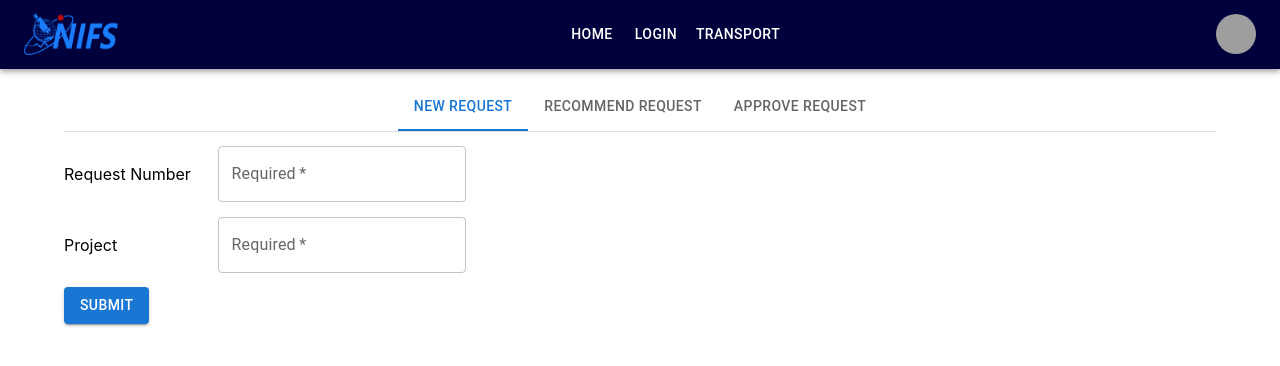
Repository: Ravindu97/NIFS_WebApplication
Page: /transport (app in client/)
These files come from the project's save history. The page is drawn as it stood at one moment and after the next save; the edit follows.
The browser window is 1280 px wide. The pictures show the whole page.
Pictures or frames that could not be fetched are drawn as grey boxes. The project was rebuilt for these pictures with package versions that can differ from the ones it lists, and the page was loaded fresh each time. Also part of the build but not shown: client/src/pages/Home.js, client/src/pages/Login.js, client/src/components/Transport/RecommendedRequest.js, client/src/components/Transport/ApproveRequest.js.

Above is the page before, as saved 2022-06-30 22:47:54.

After the next save:
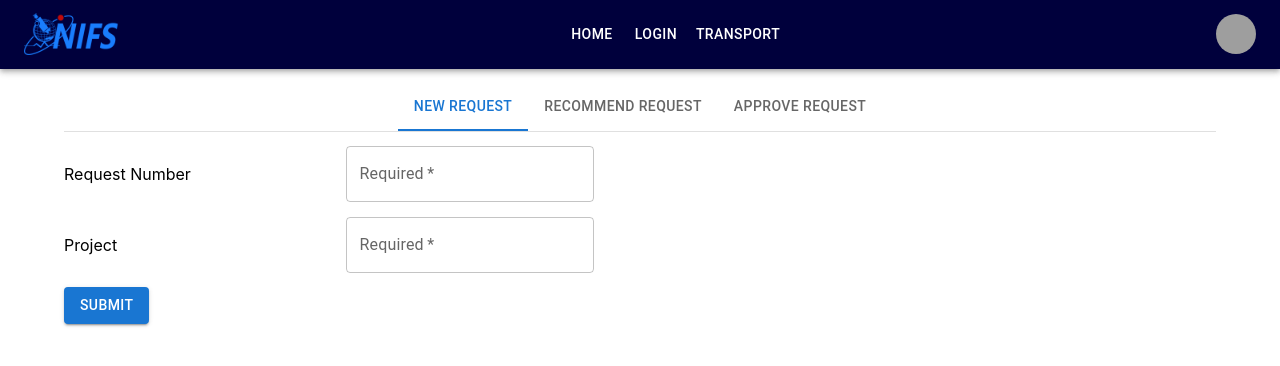
Saved 26 s later.
--- a/client/src/index.css
+++ b/client/src/index.css
@@ -46,5 +46,5 @@
 
 .input-fields label{
   margin-right: 2vw;
-  width: 10vw;
+  width: 20vw;
 }

After the save that followed:
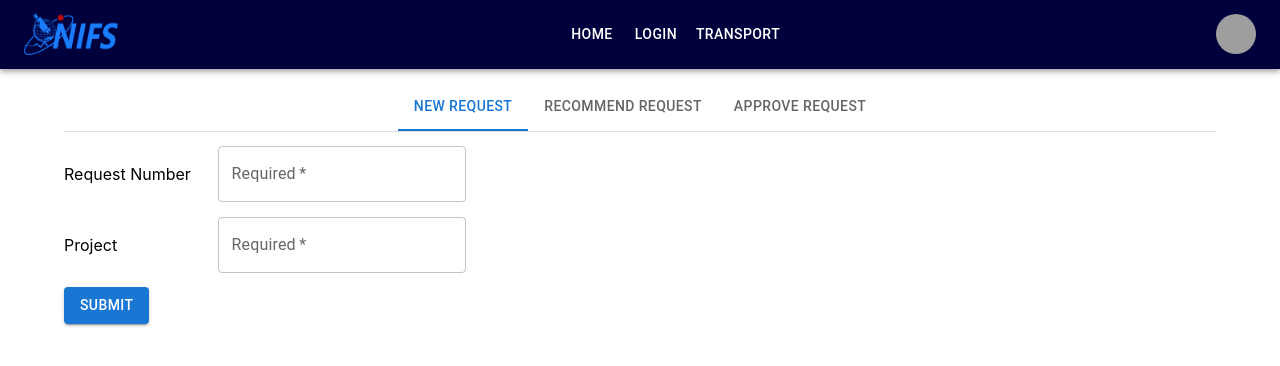
Saved 25 s later.
--- a/client/src/index.css
+++ b/client/src/index.css
@@ -46,5 +46,5 @@
 
 .input-fields label{
   margin-right: 2vw;
-  width: 20vw;
+  width: 10vw;
 }
